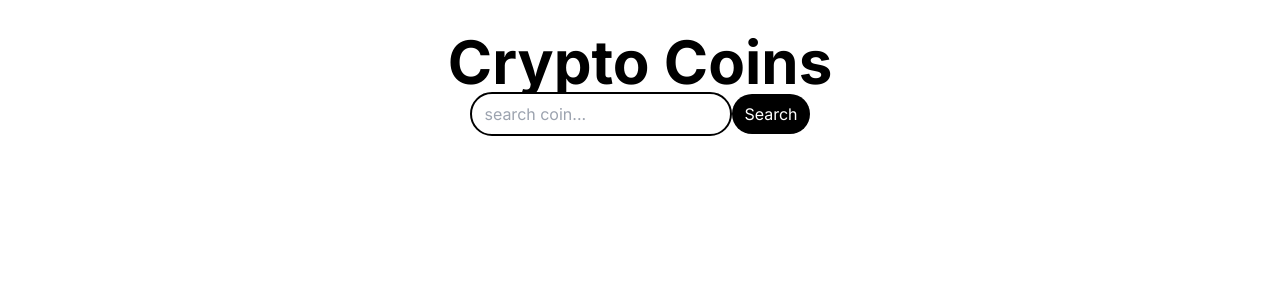
Repository: bittu-Patel/coins
Page: /
An editor plug-in stored every save of this project. The page is shown before and after a run of saves, followed by the edit.
The browser window is 1280 px wide. The pictures show the whole page.
The page's requests for data from a server got no answer. The project was rebuilt for these pictures with package versions that can differ from the ones it lists, and the page was loaded fresh each time. The framework's server and built-in components were replaced by stand-ins that run in the browser. No one was signed in, and anything a server would have sent is missing. Also part of the build but not shown: next.config.js.

Above is the page before, as saved 2023-12-18 16:31:00.

### app/page.js
"use client"

import { useState, useEffect } from "react"
import Coins from "./components/Coins";
import SearchCoins from "./components/SearchCoins";


export default function Home() {
const [coins, SetCoins] = useState([]);

useEffect(() => {
  const getCoins = async () => {
    const response = await fetch('/api/coins');
    const coins = await response.json();
    SetCoins(coins.data.coins);
  }

  getCoins();
  }, []);


  return (
   <div className="text-center">
<h1 className="font-bold text-6xl mt-8 ">Crypto Coins</h1>

<SearchCoins getSearchResults={(results) => SetCoins(results)}  />
<Coins coins={coins} />
   </div>
  )
}

### app/components/Coins.jsx
import Image from "next/image"


export default function Coins({coins}) {
  return (
    <>
    <ul className="grid grid-cols-4 mx-auto max-w-[1260px] gap-12">
{coins.map(coin => (
<li key={coin.uuid} className="flex flex-col gap-4">
    <Image
    src={coin.iconUrl}
    alt={coin.name}
width={70}
height={70}
    priority
    />
    <h3>{coin.name}</h3>
    <p>{coin.symbol}</p>
<p>{coin.price}</p>
</li>
))}
    </ul>
    </>
  )
}

### app/components/SearchCoins.jsx
"use client";
import Link from "next/link";
import { useState } from "react";

export default function SearchCoins({ getSearchResults }) {
  const [query, setQuery] = useState("");

  const handleSubmit = async (e) => {
    e.preventDefault();

    const response = await fetch(`/api/coins/search?query=${query}`);
    const coin = await response.json();

    getSearchResults(coin)
  };
  return (
    <div>
      <form onSubmit={handleSubmit}>
        <input
          className="text-black border-black border-2 rounded-full px-3 py-2 "
          type="text"
          placeholder="search coin... "
          value={query}
          onChange={(e) => setQuery(e.target.value)}
        />
        <button className="bg-black hover:bg-black/60 text-white rounded-full px-3 py-2 " type="submit">Search</button>
      </form>
    </div>
  );
}

Loaded but not shown: app/layout.js (common file); app/globals.css (common file); tailwind.config.js (common file)

After the next 4 saves:
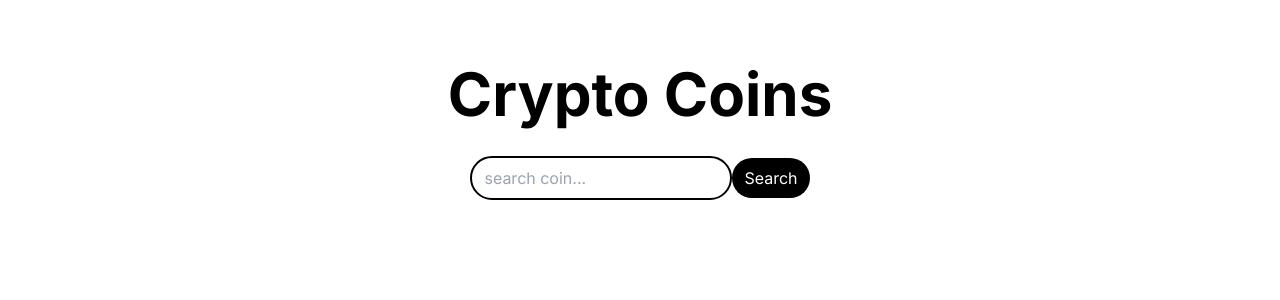
The 4 saves are shown as one change because they came seconds apart.
The last was saved 17 s later.
--- a/app/page.js
+++ b/app/page.js
@@ -21,7 +21,7 @@ useEffect(() => {
 
   return (
    <div className="text-center">
-<h1 className="font-bold text-6xl mt-8 ">Crypto Coins</h1>
+<h1 className="font-bold text-6xl mt-8 py-8">Crypto Coins</h1>
 
 <SearchCoins getSearchResults={(results) => SetCoins(results)}  />
 <Coins coins={coins} />
